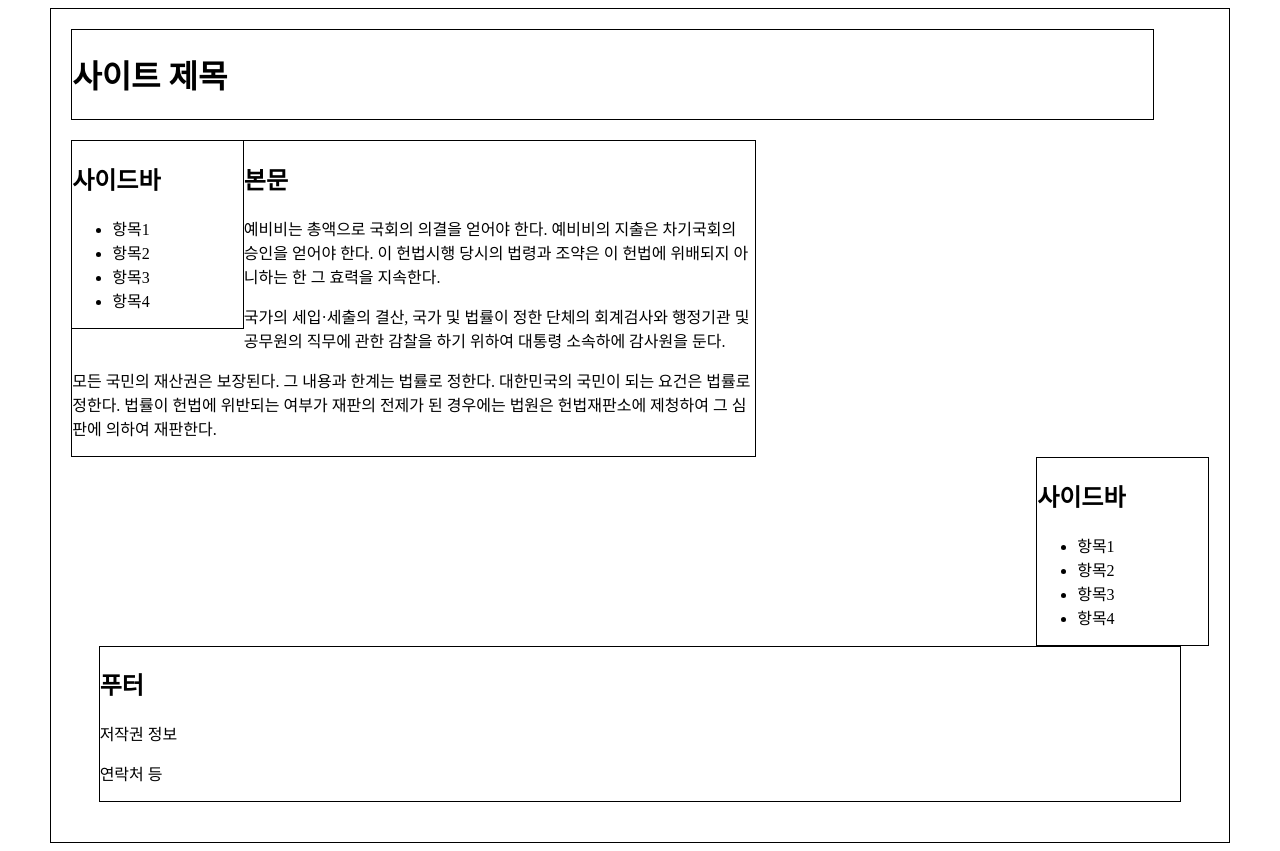
Repository: RyuJelly/java_web
Page: CSS/WebContent/3-layout.html
An editor plug-in stored every save of this project. The page is shown before and after the next save, followed by the edit.
The browser window is 1280 px wide. The pictures show the whole page.

Above is the page before, as saved 2021-03-08 07:31:55.

### CSS/WebContent/3-layout.html
<!doctype html>
<html lang="ko">
	<head>
		<title>CSS 레이아웃 - 2단 레이아웃</title>
		<meta charset="utf-8">
		<style>
			#container{
				width: 90%;
				height: 70%;
				border: 1px solid;
				margin: 0px auto;
				padding: 20px;
			}

			#header{
				width: 95%;
				height: 25%;
				border: 1px solid;
				margin-bottom: 20px;
			}

			#left-sidebar{
				width: 15%;
				height: 30%;
				border: 1px solid;
				float: left;
			}

			#contents{
				width: 60%;
				height: 50%;
				border: 1px solid;
				float
			}

			#right-sidebar{
				width: 15%;
				height: 30%;
				border: 1px solid;
				float: right;
			}


			#footer{
				width: 95%;
				height: 25%;
				border: 1px solid;
				margin: auto;
				margin-bottom: 20px;
				clear: both;
			}

		</style>
	</head>
	<body>
		<div id="container">
			<div id="header">
				<h1>사이트 제목</h1>
			</div>
			<div id="left-sidebar">
				<h2>사이드바</h2>
				<ul>
					<li>항목1</li>
					<li>항목2</li>
					<li>항목3</li>
					<li>항목4</li>
				</ul>
			</div>
			<div id="contents">
				<h2>본문</h2>
				<p>예비비는 총액으로 국회의 의결을 얻어야 한다. 예비비의 지출은 차기국회의 승인을 얻어야 한다. 이 헌법시행 당시의 법령과 조약은 이 헌법에 위배되지 아니하는 한 그 효력을 지속한다.</p>

				<p>국가의 세입·세출의 결산, 국가 및 법률이 정한 단체의 회계검사와 행정기관 및 공무원의 직무에 관한 감찰을 하기 위하여 대통령 소속하에 감사원을 둔다.</p>

				<p>모든 국민의 재산권은 보장된다. 그 내용과 한계는 법률로 정한다. 대한민국의 국민이 되는 요건은 법률로 정한다. 법률이 헌법에 위반되는 여부가 재판의 전제가 된 경우에는 법원은 헌법재판소에 제청하여 그 심판에 의하여 재판한다.</p>
			</div>
			<div id="right-sidebar">
				<h2>사이드바</h2>
				<ul>
					<li>항목1</li>
					<li>항목2</li>
					<li>항목3</li>
					<li>항목4</li>
				</ul>
			</div>
			<div id="footer">
				<h2>푸터</h2>
				<p> 저작권 정보 </p>
				<p> 연락처 등 </p>
			</div>
		</div>
	</body>
</html>

After the next save:
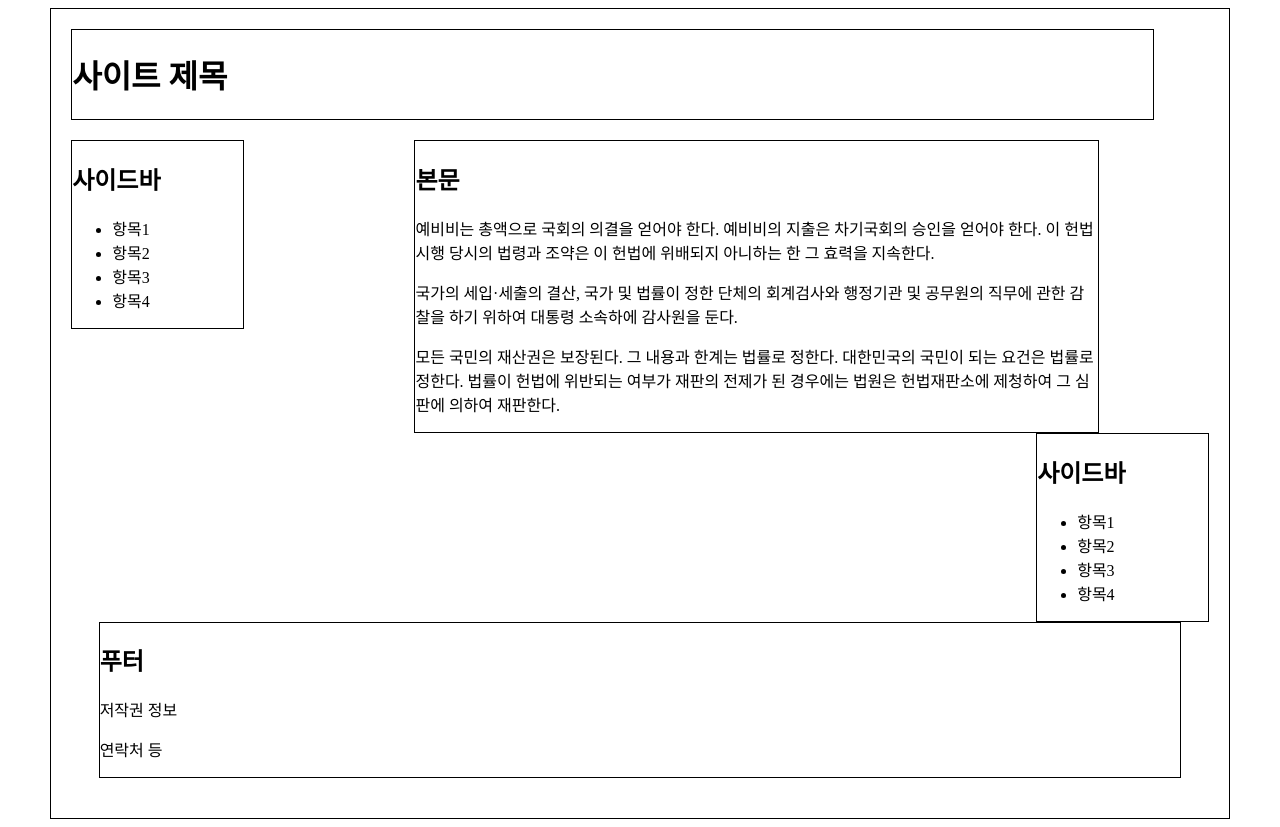
Saved 19 s later.
--- a/CSS/WebContent/3-layout.html
+++ b/CSS/WebContent/3-layout.html
@@ -30,7 +30,8 @@
 				width: 60%;
 				height: 50%;
 				border: 1px solid;
-				float
+				float: left;
+				margin-left: 15%;
 			}
 
 			#right-sidebar{
